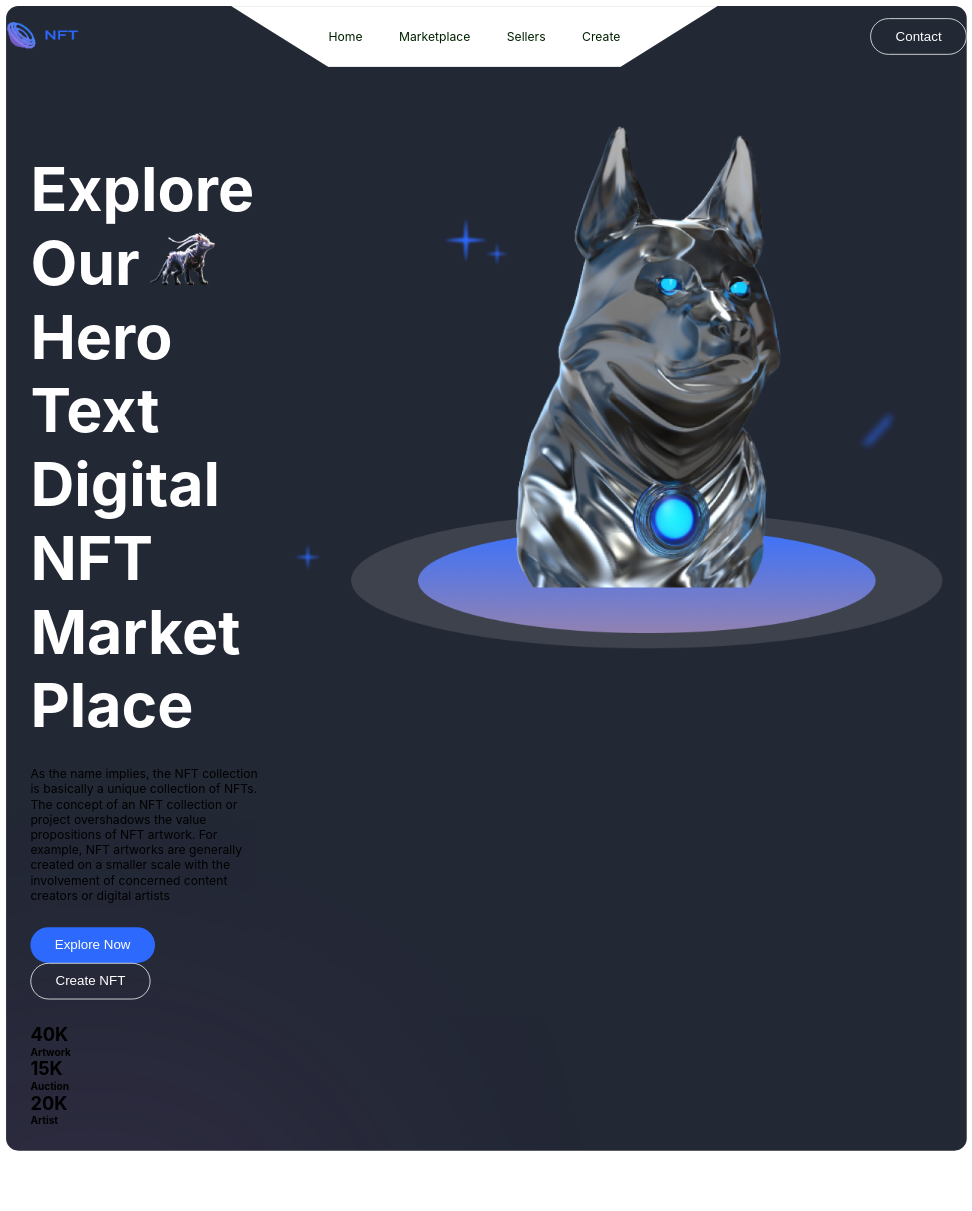
Repository: Ellisvelandia/NFT
Page: /
These files come from the project's save history. The page is drawn as it stood at one moment and after the next save; the edit follows.
The browser window is 1280 px wide. The pictures show the whole page, at 76% of full size.
The project was rebuilt for these pictures with package versions that can differ from the ones it lists, and the page was loaded fresh each time.

Above is the page before, as saved 2022-08-21 15:33:40.

After the next save:
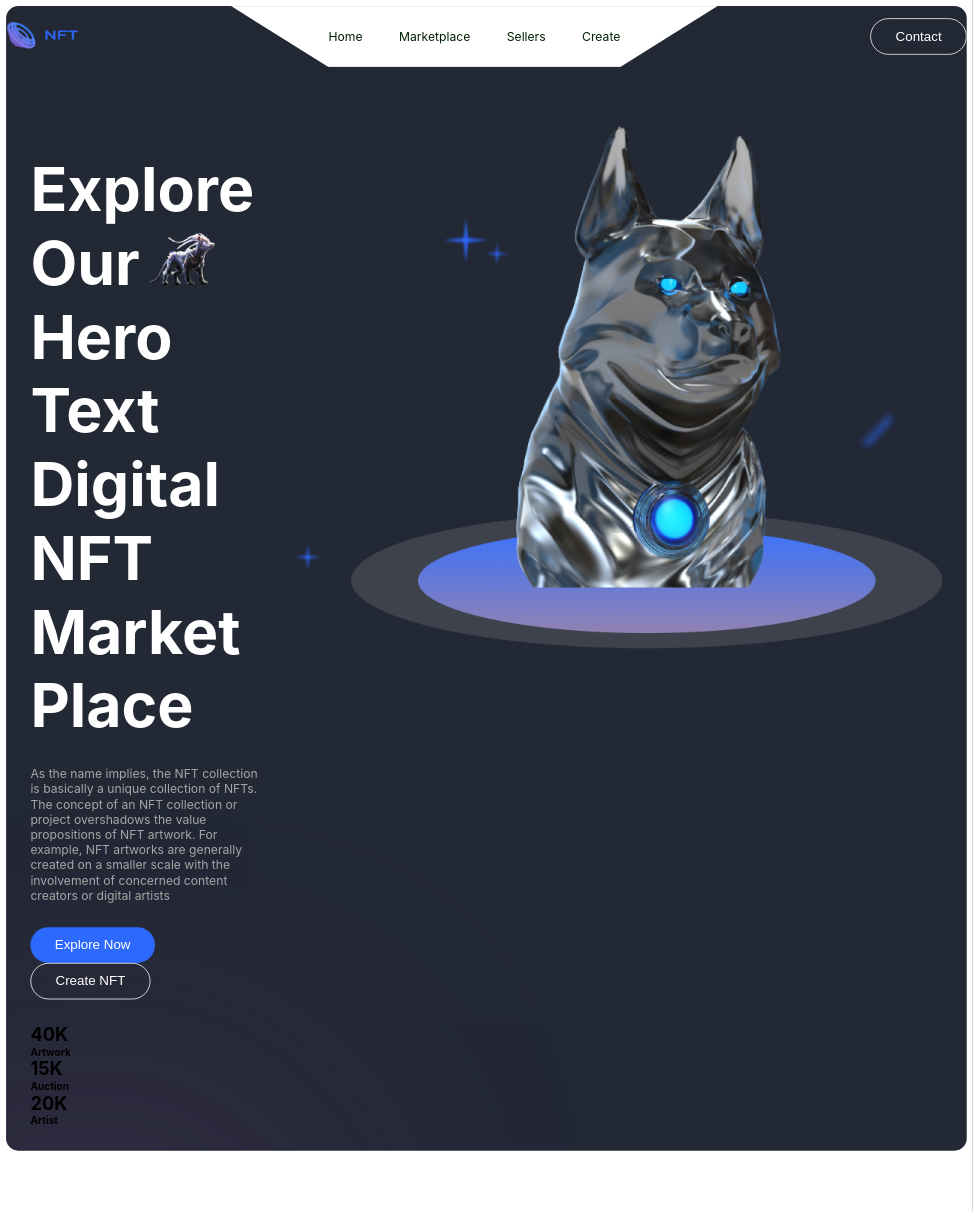
Saved 5 s later.
--- a/src/components/Home.jsx
+++ b/src/components/Home.jsx
@@ -88,7 +88,7 @@
         font-size:5rem;
       }
       p {
-        color:#;
+        color:#a6a6a6;
       }
     }
   }
